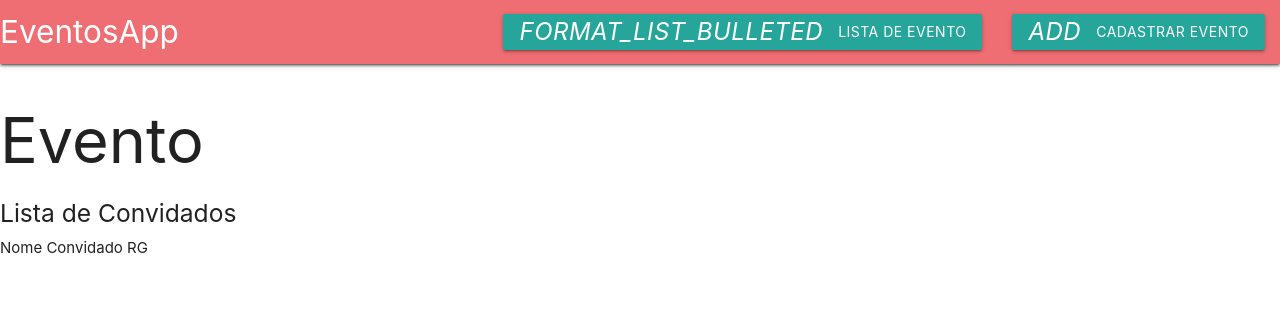
Repository: CaioCoutodePrograma/Eventosapp
Page: http://localhost/evento/detalhesEvento
The author's editor kept a copy of each file at every save. The page is drawn from the files as they stood at one save, then again after a run of saves.
The browser window is 1280 px wide. The pictures show the whole page.
The page is this project's Thymeleaf template; nobody is signed in. The template is opened directly, without the code that normally fills it, so the values that code supplies are empty.

Above is the page before, as saved 2020-03-02 23:20:18.

### eventoapp/eventoapp/src/main/resources/templates/evento/detalhesEvento.html
<!DOCTYPE html>
<html xmlns:th="http://thymeleaf.org"
	xmlns:layout="http://www.ultraq.net.nz/thymeleaf/layout" lang=”pt-br”>
<head>
<title>EventosApp</title>
<!--Import Google Icon Font-->
<link href="https://fonts.googleapis.com/icon?family=Material+Icons"
	rel="stylesheet" />
<!--Import materialize.css-->
<link type="text/css" rel="stylesheet"
	href="materialize/css/materialize.min.css" media="screen,projection" />

<!--Let browser know website is optimized for mobile-->
<meta name="viewport" content="width=device-width, initial-scale=1.0" />
</head>
<body>
	<header>
		<nav>
			<div class="navbar-fixed">
				<nav>
					<div class="nav-wrapper">
						<a href="#!" class="brand-logo">EventosApp</a>
						<ul class="right hide-on-med-and-down">
							<li><a class="waves-effect waves-light btn" href="/eventos"><i
									class="material-icons left">format_list_bulleted</i>Lista de
									Evento</a></li>
							<li><a class="waves-effect waves-light btn"
								href="/cadastrarEvento"><i class="material-icons left">add</i>Cadastrar
									Evento</a></li>
						</ul>
					</div>
				</nav>
			</div>
		</nav>
	</header>
	<h1>Evento</h1>
	<div th:each="evento : ${evento}" class="container">
		<div class="row">
			<p>
			<h5>Nome:</h5>
			<span th:text="${evento.nome}"></span>
			</p>
			<p>
			<h5>Local:</h5>
			<span th:text="${evento.local}"></span>
			</p>
			<p>
			<h5>Data:</h5>
			<span th:text="${evento.data}"></span>
			</p>
			<p>
			<h5>Horario:</h5>
			<span th:text="${evento.horario}"></span>
		</div>
		<th:block th:include="mensagemvalidacao"></th:block>
		<form method="post">
			<div class="input-field">
				<input class="validate" id="nomeConvidado" type="text" value=""
					name="nomeConvidado" required="required"> <label
					for="nomeConvidado">Nome Convidado</label>
			</div>
			<div class="input-field">
				<input class="validate" id="rg" type="text" value="" name="rg"
					required="required"> <label for="rg">RG</label>
			</div>
			<button class="btn waves-effect waves-light" type="submit"
				name="action">
				Adicionar <i class="material-icons right">add</i>
			</button>
		</form>

	</div>

	<h5>Lista de Convidados</h5>
	<table class="container">
		<thead>
			<tr>Nome Convidado
			</tr>
			<tr>RG
			</tr>
		</thead>
		<tbody>
			<tr th:each="convidado : ${convidados}">
				<td><span th:text="${convidado.nomeConvidado}"></span></td>
				<td><span th:text="${convidado.rg}"></span></td>
			</tr>
		</tbody>



	</table>


	<!--JavaScript at end of body for optimized loading-->
	<script type="text/javascript" src="materialize/js/materialize.min.js"></script>


</body>
</html>

Loaded but not shown: eventoapp/eventoapp/src/main/resources/static/materialize/css/materialize.min.css (library); eventoapp/eventoapp/src/main/resources/static/materialize/js/materialize.min.js (library)

After the next 2 saves:
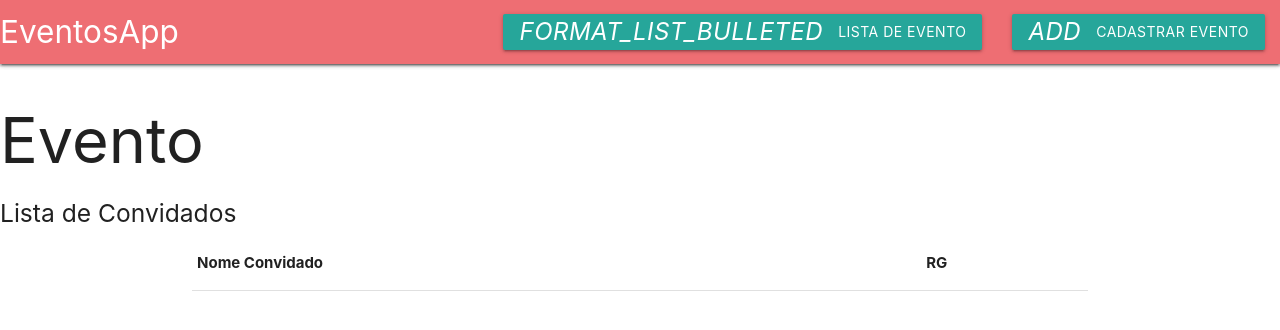
The 2 saves are shown as one change because they came seconds apart.
The last was saved 29 s later.
--- a/eventoapp/eventoapp/src/main/resources/templates/evento/detalhesEvento.html
+++ b/eventoapp/eventoapp/src/main/resources/templates/evento/detalhesEvento.html
@@ -74,10 +74,10 @@
 	<h5>Lista de Convidados</h5>
 	<table class="container">
 		<thead>
-			<tr>Nome Convidado
-			</tr>
-			<tr>RG
-			</tr>
+			<th>Nome Convidado
+			</th>
+			<th>RG
+			</th>
 		</thead>
 		<tbody>
 			<tr th:each="convidado : ${convidados}">
